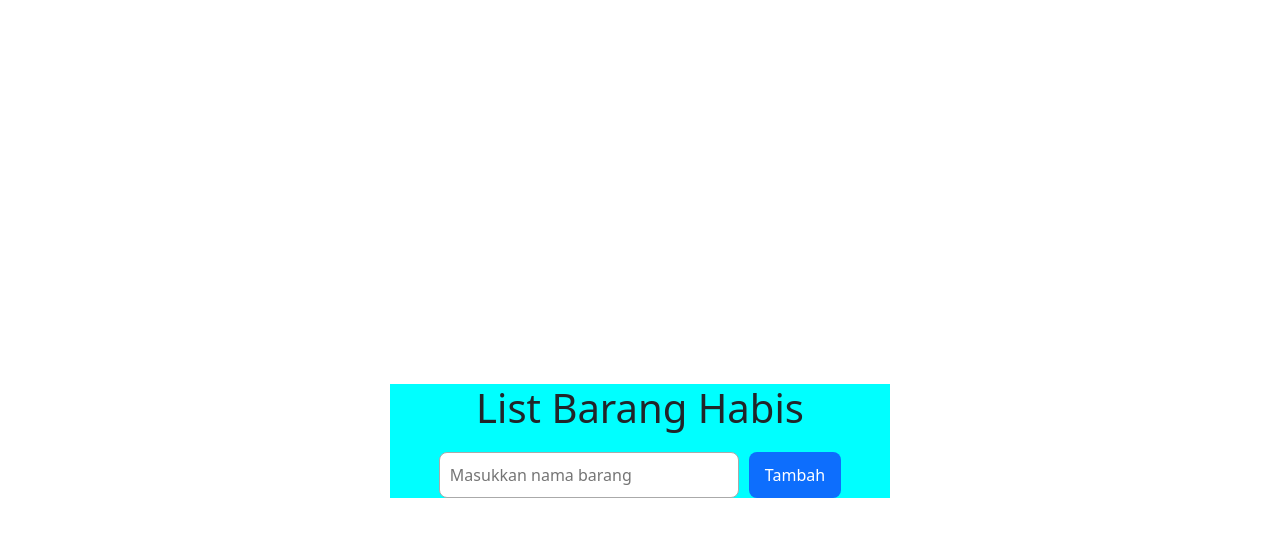
Repository: amorysdeo/dirumah
Page: index.html
An editor plug-in stored every save of this project. The page is shown before and after a run of saves, followed by the edit.
The browser window is 1280 px wide. The pictures show the whole page.

Above is the page before, as saved 2025-11-27 11:58:15.

### index.html
<!DOCTYPE html>
<html lang="en">
<head>
    <meta charset="UTF-8">
    <meta name="viewport" content="width=device-width, initial-scale=1.0">
    <link rel="stylesheet" href="css.css">
    <link href="https://cdn.jsdelivr.net/npm/bootstrap@5.3.3/dist/css/bootstrap.min.css" rel="stylesheet">

    <title>Belanja</title>
</head>
<body>
    <div id="main-box">
        <div id="title">
            <h1>List Barang Habis</h1>
        </div>
        <div id="inputan">
            <input type="text" id="barang" name="barang" placeholder="Masukkan nama barang">
            <button>Tambah</button>
        </div>
    </div>

    <script src="https://cdn.jsdelivr.net/npm/@popperjs/core@2.11.8/dist/umd/popper.min.js"></script>
    <script src="https://cdn.jsdelivr.net/npm/bootstrap@5.3.3/dist/js/bootstrap.min.js"></script>
</body>
</html>

### css.css
body {
    padding-top: 30%;
    margin: 0;
    background-color: #f5f5f5;
}

/* BOX UTAMA */
#main-box {
    background-color: aqua;
    width: 75%;
    max-width: 500px;

    /* INI YANG NENGAHAN KANAN-KIRI */
    margin-left: auto;
    margin-right: auto;

    /* Biar kontennya center */
    text-align: center;
}

/* TITLE */
#title h1 {
    margin-bottom: 20px;
}

/* INPUT + BUTTON */
#inputan {
    display: flex;
    justify-content: center;
    gap: 10px;
}

#inputan input {
    padding: 10px;
    width: 70%;
    max-width: 300px;
    border-radius: 8px;
    border: 1px solid #aaa;
    font-size: 16px;
}

#inputan button {
    padding: 10px 16px;
    border-radius: 8px;
    border: none;
    background-color: #0d6efd;
    color: white;
    font-size: 16px;
    cursor: pointer;
    transition: 0.2s;
}

#inputan button:hover {
    background-color: #0b5ed7;
}

After the next 2 saves:
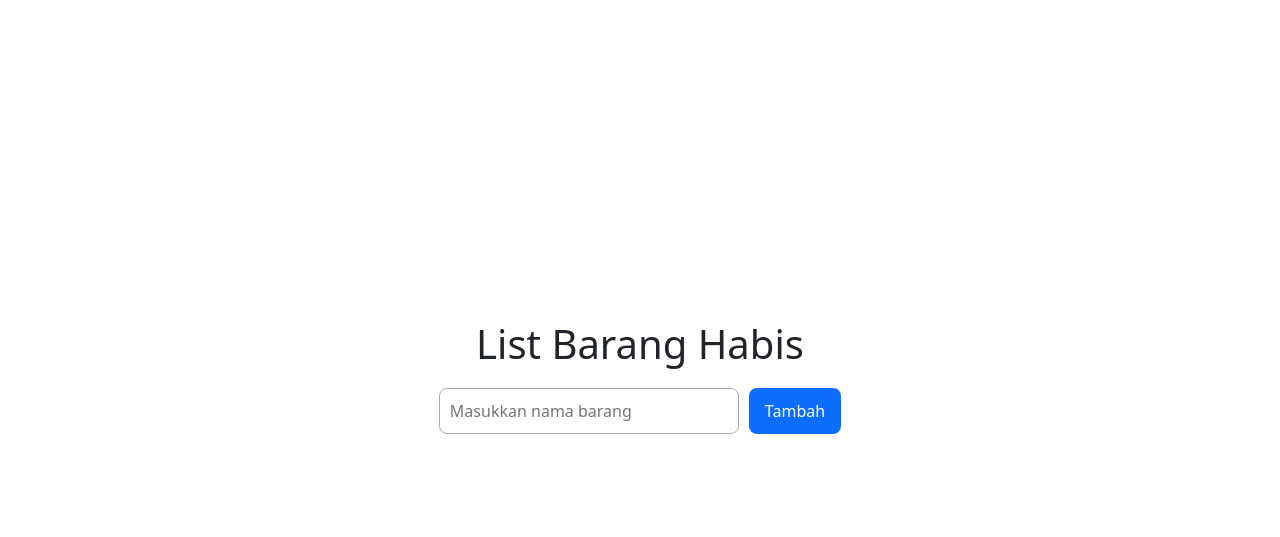
The 2 saves are shown as one change because they came seconds apart.
The last was saved 16 s later.
--- a/css.css
+++ b/css.css
@@ -1,12 +1,12 @@
 body {
-    padding-top: 30%;
+    padding-top: 25%;
     margin: 0;
     background-color: #f5f5f5;
 }
 
 /* BOX UTAMA */
 #main-box {
-    background-color: aqua;
+    /* background-color: aqua; */
     width: 75%;
     max-width: 500px;
 
